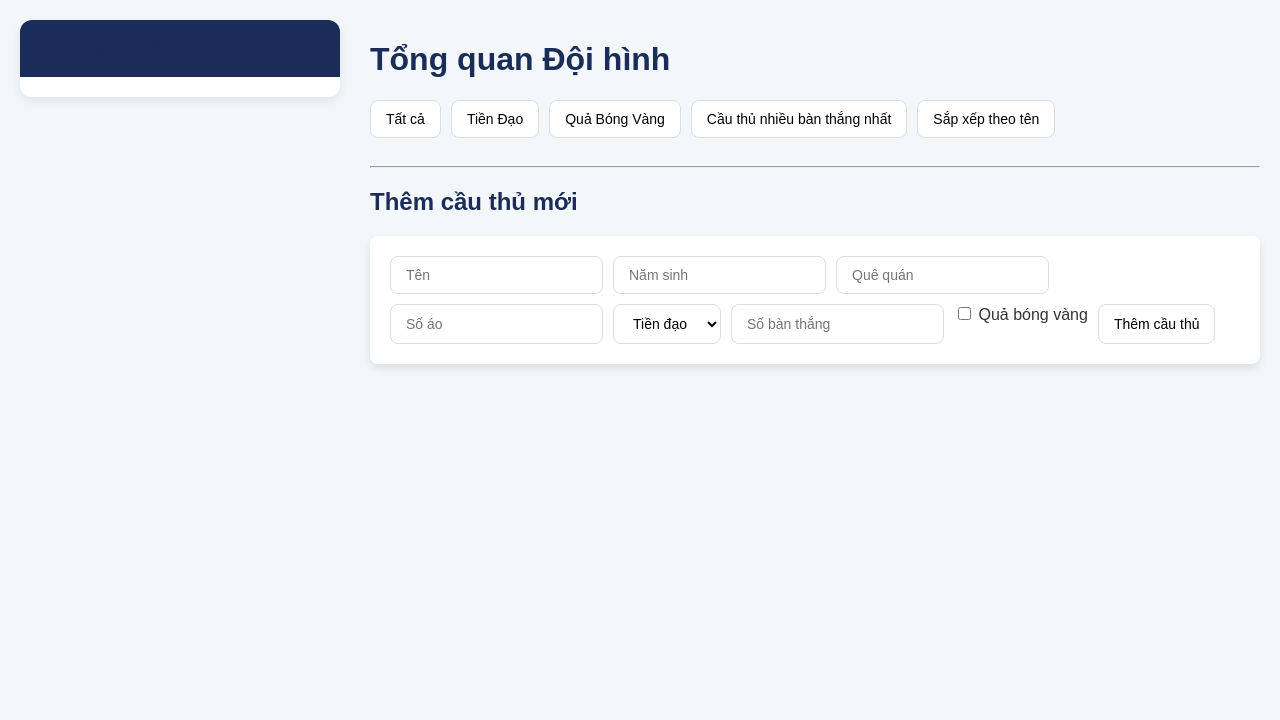
Repository: binhphanbp/ECMAScript_WEB501_WD20301
Page: Lab/Lab6-final/index.html
These files come from the project's save history. The page is drawn as it stood at one moment and after the next save; the edit follows.
The browser window is 1280 px wide. The pictures show the whole page.

Above is the page before, as saved 2025-10-14 08:56:02.
Console error: ReferenceError: playerList is not defined

### Lab/Lab6-final/index.html
<!DOCTYPE html>
<html lang="vi">
  <head>
    <meta charset="UTF-8" />
    <meta name="viewport" content="width=device-width, initial-scale=1.0" />
    <title>Quản Lý Đội Hình</title>
    <link rel="stylesheet" href="style.css" />
  </head>
  <body>
    <div class="app-layout">
      <aside class="sidebar">
        <div class="sidebar-header">
          <h2>Danh sách Cầu thủ</h2>
        </div>
        <ul id="sidebar-player-list" class="sidebar-list"></ul>
      </aside>

      <main class="main-content">
        <h1>Tổng quan Đội hình</h1>
        <div class="controls">
          <button id="btn-all">Tất cả</button>
          <button id="btn-forwards">Tiền Đạo</button>
          <button id="btn-golden-ball">Quả Bóng Vàng</button>
          <button id="btn-top-scorer">Cầu thủ nhiều bàn thắng nhất</button>
          <button id="btn-sort-by-name">Sắp xếp theo tên</button>
        </div>

        <div id="player-list" class="player-grid"></div>

        <hr />

        <h2>Thêm cầu thủ mới</h2>
        <form id="add-player-form">
          <input type="text" id="name" placeholder="Tên" required />
          <input type="number" id="birthYear" placeholder="Năm sinh" required />
          <input type="text" id="hometown" placeholder="Quê quán" required />
          <input type="number" id="jerseyNumber" placeholder="Số áo" required />
          <select id="position" required>
            <option value="Tiền đạo">Tiền đạo</option>
            <option value="Tiền vệ">Tiền vệ</option>
            <option value="Hậu vệ">Hậu vệ</option>
            <option value="Thủ môn">Thủ môn</option>
          </select>
          <input type="number" id="goals" placeholder="Số bàn thắng" required />
          <label>
            <input type="checkbox" id="isBallonDorWinner" /> Quả bóng vàng
          </label>
          <button type="submit">Thêm cầu thủ</button>
        </form>
      </main>
    </div>

    <script type="module" src="js/main.js"></script>
  </body>
</html>

### Lab/Lab6-final/style.css
/* style.css */
body {
  font-family: Arial, sans-serif;
  background-color: #f4f7fa;
  color: #333;
  margin: 0;
  padding: 20px;
}

/* === BỐ CỤC 2 CỘT === */
.app-layout {
  display: flex;
  gap: 30px; /* Khoảng cách giữa 2 cột */
  max-width: 1400px;
  margin: 0 auto;
}

/* === CỘT TRÁI - SIDEBAR === */
.sidebar {
  width: 320px;
  flex-shrink: 0; /* Không co lại khi màn hình hẹp */
  background-color: #ffffff;
  border-radius: 12px;
  box-shadow: 0 4px 12px rgba(0, 0, 0, 0.08);
  height: fit-content; /* Chiều cao vừa với nội dung */
}

.sidebar-header {
  background-color: #1a2c5a;
  color: white;
  padding: 18px 20px;
  border-radius: 12px 12px 0 0;
  margin: 0;
}

.sidebar-header h2 {
  margin: 0;
  font-size: 18px;
}

.sidebar-list {
  list-style: none;
  padding: 0 20px 20px 20px;
  margin: 0;
}

.sidebar-list li {
  display: flex;
  justify-content: space-between;
  align-items: center;
  padding: 15px 0;
  border-bottom: 1px solid #f0f0f0;
}

.sidebar-list li:last-child {
  border-bottom: none;
}

.sidebar-list .player-info p {
  margin: 0;
  color: #7f8c8d;
  font-size: 14px;
}

/* === CỘT PHẢI - NỘI DUNG CHÍNH === */
.main-content {
  flex-grow: 1; /* Lấp đầy không gian còn lại */
}

/* Các style cũ vẫn giữ nguyên */
h1,
h2 {
  color: #1a2c5a;
}
.controls {
  margin-bottom: 20px;
  display: flex;
  flex-wrap: wrap;
  gap: 10px;
}
button,
select,
input {
  padding: 10px 15px;
  border: 1px solid #ddd;
  border-radius: 8px;
  background-color: #fff;
  cursor: pointer;
  font-size: 14px;
}
button:hover {
  background-color: #e9eff5;
}
.controls button.active {
  background-color: #1a2c5a; /* Màu nền xanh đậm */
  color: white; /* Màu chữ trắng */
  border-color: #1a2c5a; /* Màu viền trùng màu nền */
}
.player-grid {
  display: grid;
  grid-template-columns: repeat(auto-fill, minmax(180px, 1fr));
  gap: 20px;
}
.player-card {
  background-color: white;
  border-radius: 12px;
  padding: 15px;
  text-align: center;
  box-shadow: 0 4px 8px rgba(0, 0, 0, 0.1);
  transition: transform 0.2s;
  border: 2px solid transparent;
}
.player-card:hover {
  transform: translateY(-5px);
  border-color: #0056b3;
}
.player-card .jersey-number {
  width: 40px;
  height: 40px;
  border-radius: 50%;
  background-color: #f39c12;
  color: white;
  display: flex;
  align-items: center;
  justify-content: center;
  font-weight: bold;
  font-size: 18px;
  margin: 0 auto 10px;
}
.player-card h3 {
  margin: 0 0 5px 0;
  color: #1a2c5a;
}
.player-card p {
  margin: 0;
  color: #7f8c8d;
  font-size: 14px;
}
.player-card .actions {
  margin-top: 15px;
  display: flex;
  justify-content: center;
  gap: 10px;
}
.actions button {
  padding: 5px 10px;
  font-size: 12px;
}
form {
  display: flex;
  flex-wrap: wrap;
  gap: 10px;
  background-color: #fff;
  padding: 20px;
  border-radius: 8px;
  box-shadow: 0 4px 8px rgba(0, 0, 0, 0.1);
}

### Lab/Lab6-final/js/main.js
// js/main.js
import Player from './models/Player.js';

// ... (dữ liệu playerList giữ nguyên) ...

// Lấy các element từ DOM
const playerListContainer = document.getElementById('player-list');
const sidebarListContainer = document.getElementById('sidebar-player-list');
const addPlayerForm = document.getElementById('add-player-form');
const filterControls = document.querySelector('.controls'); // Lấy container của các nút filter

/**
 * THAY ĐỔI: Render danh sách cầu thủ ra sidebar (cột trái) - Đã bỏ icon
 */
const renderSidebarList = (players) => {
  sidebarListContainer.innerHTML = '';
  players.forEach((player) => {
    const listItem = document.createElement('li');
    // HTML đã được đơn giản hóa, không còn span và icon
    listItem.innerHTML = `
            <div class="player-info">
                <strong>${player.name}</strong>
                <p>${player.position}</p>
            </div>
        `;
    sidebarListContainer.appendChild(listItem);
  });
};

// ... (hàm renderPlayers ở cột phải không thay đổi) ...
const renderPlayers = (players) => {
  playerListContainer.innerHTML = '';

  players.forEach((player) => {
    const originalIndex = playerList.findIndex((p) => p === player);
    const playerCard = document.createElement('div');
    playerCard.className = 'player-card';
    playerCard.innerHTML = `
            <div class="jersey-number">${player.jerseyNumber}</div>
            <h3>${player.name}</h3>
            <p>${player.position}</p>
            <div class="actions">
                <button class="btn-detail" data-index="${originalIndex}">Chi tiết</button>
                <button class="btn-edit" data-index="${originalIndex}">Sửa</button>
                <button class="btn-delete" data-index="${originalIndex}">Xóa</button>
            </div>
        `;
    playerListContainer.appendChild(playerCard);
  });
};

// ... (hàm updateFullUI và handlePlayerCardActions không thay đổi) ...
const updateFullUI = () => {
  renderSidebarList(playerList);
  renderPlayers(playerList);
};
const handlePlayerCardActions = (event) => {
  /* ... code không đổi ... */
};

// =================================================================
// MỚI: HÀM QUẢN LÝ TRẠNG THÁI ACTIVE CHO CÁC NÚT FILTER
// =================================================================

const setActiveFilter = (activeButton) => {
  // Lấy tất cả các nút trong container
  const buttons = filterControls.querySelectorAll('button');
  // Xóa class 'active' khỏi tất cả các nút
  buttons.forEach((button) => {
    button.classList.remove('active');
  });
  // Thêm class 'active' cho nút vừa được click
  activeButton.classList.add('active');
};

// =================================================================
// THAY ĐỔI: GÁN LẠI SỰ KIỆN CHO CÁC NÚT LỌC
// =================================================================

filterControls.addEventListener('click', (event) => {
  const clickedButton = event.target;

  // Chỉ xử lý khi click vào một nút button
  if (clickedButton.tagName !== 'BUTTON') return;

  // Đặt trạng thái active cho nút được click
  setActiveFilter(clickedButton);

  // Xử lý logic lọc tương ứng với ID của nút
  switch (clickedButton.id) {
    case 'btn-all':
      renderPlayers(playerList);
      break;
    case 'btn-forwards':
      const forwards = playerList.filter(
        (player) => player.getPosition() === 'Tiền đạo'
      );
      renderPlayers(forwards);
      break;
    case 'btn-golden-ball':
      const goldenBallPlayers = playerList.filter((player) =>
        player.isGoldenBallWinner()
      );
      renderPlayers(goldenBallPlayers);
      break;
    case 'btn-top-scorer':
      if (playerList.length === 0) return;
      const maxGoals = Math.max(...playerList.map((p) => p.getGoals()));
      const topScorers = playerList.filter((p) => p.getGoals() === maxGoals);
      renderPlayers(topScorers);
      break;
    case 'btn-sort-by-name':
      const sortedList = [...playerList].sort((a, b) =>
        a.name.localeCompare(b.name)
      );
      renderPlayers(sortedList);
      break;
  }
});

// ... (sự kiện của form thêm cầu thủ không thay đổi) ...
addPlayerForm.addEventListener('submit', (event) => {
  /* ... code không đổi ... */
});

// =================================================================
// KHỞI TẠO ỨNG DỤNG
// =================================================================
window.addEventListener('DOMContentLoaded', () => {
  console.log('DOM đã tải xong. Bắt đầu ứng dụng.');
  updateFullUI(); // Render giao diện lần đầu

  // MỚI: Mặc định active nút "Tất cả" khi tải trang
  document.getElementById('btn-all').classList.add('active');

  playerListContainer.addEventListener('click', handlePlayerCardActions);
});

### Lab/Lab6-final/js/models/Player.js
// js/models/Player.js
import Person from './Person.js'; // Import class cha

class Player extends Person {
  constructor(
    name,
    birthYear,
    hometown,
    jerseyNumber,
    position,
    goals,
    isBallonDorWinner = false
  ) {
    // Gọi constructor của class cha (Person)
    super(name, birthYear, hometown);

    this.jerseyNumber = jerseyNumber;
    this.position = position;
    this.goals = goals;
    this.isBallonDorWinner = isBallonDorWinner; // Cầu thủ có phải quả bóng vàng không
  }

  // Ghi đè phương thức getInfo của cha để thêm thông tin cầu thủ
  getInfo() {
    const personInfo = super.getInfo();
    return `${personInfo}\nSố áo: ${this.jerseyNumber}, Vị trí: ${this.position}, Số bàn thắng: ${this.goals}`;
  }

  // Kiểm tra có phải quả bóng vàng không
  isGoldenBallWinner() {
    return this.isBallonDorWinner;
  }

  // Lấy vị trí
  getPosition() {
    return this.position;
  }

  // Lấy số bàn thắng
  getGoals() {
    return this.goals;
  }
}

// Export class để file khác có thể import
export default Player;

### Lab/Lab6-final/js/models/Person.js
// js/models/Person.js

class Person {
  constructor(name, birthYear, hometown) {
    this.name = name;
    this.birthYear = birthYear;
    this.hometown = hometown;
  }

  // Lấy thông tin cơ bản
  getInfo() {
    return `Tên: ${this.name}, Năm sinh: ${this.birthYear}, Quê quán: ${this.hometown}`;
  }

  // Lấy tuổi
  getAge() {
    const currentYear = new Date().getFullYear();
    return currentYear - this.birthYear;
  }

  // Lấy quê quán
  getHometown() {
    return this.hometown;
  }

  // Sửa quê quán
  setHometown(newHometown) {
    this.hometown = newHometown;
    console.log(`${this.name} đã đổi quê quán thành ${this.hometown}.`);
  }
}

// Export class để file khác có thể import
export default Person;

After the next save:
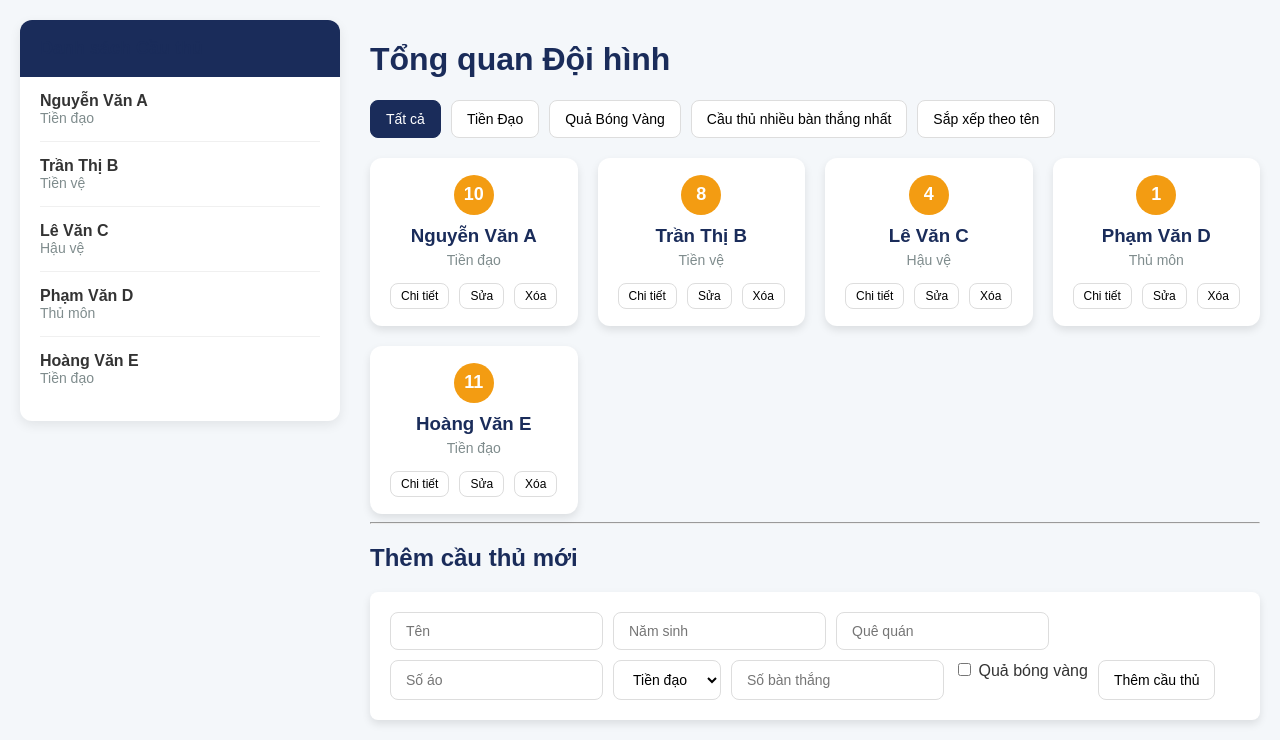
The error is gone.
Saved 50 s later.
--- a/Lab/Lab6-final/js/main.js
+++ b/Lab/Lab6-final/js/main.js
@@ -1,22 +1,28 @@
-// js/main.js
 import Player from './models/Player.js';
 
-// ... (dữ liệu playerList giữ nguyên) ...
+// ✅ Mảng lưu trữ danh sách cầu thủ (dữ liệu gốc)
+let playerList = [
+  new Player('Nguyễn Văn A', 1995, 'Hà Nội', 10, 'Tiền đạo', 25, true),
+  new Player('Trần Thị B', 1998, 'Đà Nẵng', 8, 'Tiền vệ', 10),
+  new Player('Lê Văn C', 1993, 'TP.HCM', 4, 'Hậu vệ', 2),
+  new Player('Phạm Văn D', 1999, 'Cần Thơ', 1, 'Thủ môn', 0),
+  new Player('Hoàng Văn E', 1997, 'Hải Phòng', 11, 'Tiền đạo', 30),
+];
 
 // Lấy các element từ DOM
-const playerListContainer = document.getElementById('player-list');
-const sidebarListContainer = document.getElementById('sidebar-player-list');
+const playerListContainer = document.getElementById('player-list'); // Grid thẻ ở cột phải
+const sidebarListContainer = document.getElementById('sidebar-player-list'); // Danh sách ở cột trái
 const addPlayerForm = document.getElementById('add-player-form');
-const filterControls = document.querySelector('.controls'); // Lấy container của các nút filter
-
-/**
- * THAY ĐỔI: Render danh sách cầu thủ ra sidebar (cột trái) - Đã bỏ icon
+const filterControls = document.querySelector('.controls'); // Container của các nút filter
+
+/**
+ * Render danh sách cầu thủ ra sidebar (cột trái)
+ * @param {Player[]} players - Mảng cầu thủ để hiển thị
  */
 const renderSidebarList = (players) => {
-  sidebarListContainer.innerHTML = '';
+  sidebarListContainer.innerHTML = ''; // Xóa danh sách cũ
   players.forEach((player) => {
     const listItem = document.createElement('li');
-    // HTML đã được đơn giản hóa, không còn span và icon
     listItem.innerHTML = `
             <div class="player-info">
                 <strong>${player.name}</strong>
@@ -27,12 +33,17 @@ const renderSidebarList = (players) => {
   });
 };
 
-// ... (hàm renderPlayers ở cột phải không thay đổi) ...
+/**
+ * Render các thẻ cầu thủ chi tiết ra grid (cột phải)
+ * @param {Player[]} players - Mảng các cầu thủ cần hiển thị
+ */
 const renderPlayers = (players) => {
-  playerListContainer.innerHTML = '';
+  playerListContainer.innerHTML = ''; // Xóa danh sách cũ
 
   players.forEach((player) => {
+    // Tìm index của cầu thủ trong mảng gốc để đảm bảo các hành động (sửa, xóa) luôn đúng
     const originalIndex = playerList.findIndex((p) => p === player);
+
     const playerCard = document.createElement('div');
     playerCard.className = 'player-card';
     playerCard.innerHTML = `
@@ -49,34 +60,81 @@ const renderPlayers = (players) => {
   });
 };
 
-// ... (hàm updateFullUI và handlePlayerCardActions không thay đổi) ...
+/**
+ * Cập nhật toàn bộ giao diện (cả 2 cột) dựa trên danh sách cầu thủ gốc.
+ * Được gọi khi thêm hoặc xóa cầu thủ.
+ */
 const updateFullUI = () => {
   renderSidebarList(playerList);
   renderPlayers(playerList);
 };
+
+/**
+ * Xử lý các sự kiện click trên các nút trong card cầu thủ (Chi tiết, Sửa, Xóa)
+ * @param {Event} event - Sự kiện click
+ */
 const handlePlayerCardActions = (event) => {
-  /* ... code không đổi ... */
-};
-
-// =================================================================
-// MỚI: HÀM QUẢN LÝ TRẠNG THÁI ACTIVE CHO CÁC NÚT FILTER
-// =================================================================
-
+  const target = event.target;
+  const playerIndex = target.dataset.index;
+
+  // Nếu không click vào nút có data-index thì bỏ qua
+  if (!playerIndex) return;
+
+  const player = playerList[playerIndex];
+
+  // Lấy chi tiết thông tin
+  if (target.classList.contains('btn-detail')) {
+    alert(
+      `--- Chi tiết cầu thủ ---
+Tên: ${player.name}
+Tuổi: ${player.getAge()}
+Quê quán: ${player.getHometown()}
+Vị trí: ${player.getPosition()}
+Số bàn thắng: ${player.getGoals()}`
+    );
+  }
+
+  // Sửa quê quán
+  if (target.classList.contains('btn-edit')) {
+    const newHometown = prompt(
+      `Nhập quê quán mới cho ${player.name}:`,
+      player.getHometown()
+    );
+    if (newHometown && newHometown.trim() !== '') {
+      player.setHometown(newHometown.trim());
+      alert(`Đã cập nhật quê quán cho ${player.name}.`);
+    }
+  }
+
+  // CRUD: Xóa cầu thủ
+  if (target.classList.contains('btn-delete')) {
+    const confirmDelete = confirm(
+      `Bạn có chắc muốn xóa cầu thủ ${player.name}?`
+    );
+    if (confirmDelete) {
+      playerList.splice(playerIndex, 1); // Xóa khỏi mảng gốc
+      updateFullUI(); // Render lại toàn bộ giao diện
+    }
+  }
+};
+
+/**
+ * Quản lý trạng thái active cho các nút filter
+ * @param {HTMLElement} activeButton - Nút vừa được click
+ */
 const setActiveFilter = (activeButton) => {
-  // Lấy tất cả các nút trong container
   const buttons = filterControls.querySelectorAll('button');
-  // Xóa class 'active' khỏi tất cả các nút
   buttons.forEach((button) => {
     button.classList.remove('active');
   });
-  // Thêm class 'active' cho nút vừa được click
   activeButton.classList.add('active');
 };
 
 // =================================================================
-// THAY ĐỔI: GÁN LẠI SỰ KIỆN CHO CÁC NÚT LỌC
-// =================================================================
-
+// GÁN SỰ KIỆN (Sử dụng Event Delegation)
+// =================================================================
+
+// Gán một listener duy nhất cho khu vực filter
 filterControls.addEventListener('click', (event) => {
   const clickedButton = event.target;
 
@@ -118,10 +176,28 @@ filterControls.addEventListener('click', (event) => {
   }
 });
 
-// ... (sự kiện của form thêm cầu thủ không thay đổi) ...
+// CRUD: Thêm cầu thủ mới từ form
 addPlayerForm.addEventListener('submit', (event) => {
-  /* ... code không đổi ... */
+  event.preventDefault(); // Ngăn form reload trang
+
+  const newPlayer = new Player(
+    document.getElementById('name').value,
+    parseInt(document.getElementById('birthYear').value),
+    document.getElementById('hometown').value,
+    parseInt(document.getElementById('jerseyNumber').value),
+    document.getElementById('position').value,
+    parseInt(document.getElementById('goals').value),
+    document.getElementById('isBallonDorWinner').checked
+  );
+
+  playerList.push(newPlayer); // Thêm vào mảng gốc
+  updateFullUI(); // Cập nhật lại toàn bộ giao diện
+  addPlayerForm.reset(); // Xóa các trường trong form
+  document.getElementById('btn-all').click(); // Tự động click "Tất cả" để hiển thị danh sách mới
 });
+
+// Gán một listener duy nhất cho khu vực grid thẻ cầu thủ
+playerListContainer.addEventListener('click', handlePlayerCardActions);
 
 // =================================================================
 // KHỞI TẠO ỨNG DỤNG
@@ -130,8 +206,6 @@ window.addEventListener('DOMContentLoaded', () => {
   console.log('DOM đã tải xong. Bắt đầu ứng dụng.');
   updateFullUI(); // Render giao diện lần đầu
 
-  // MỚI: Mặc định active nút "Tất cả" khi tải trang
+  // Mặc định active nút "Tất cả" khi tải trang
   document.getElementById('btn-all').classList.add('active');
-
-  playerListContainer.addEventListener('click', handlePlayerCardActions);
 });
